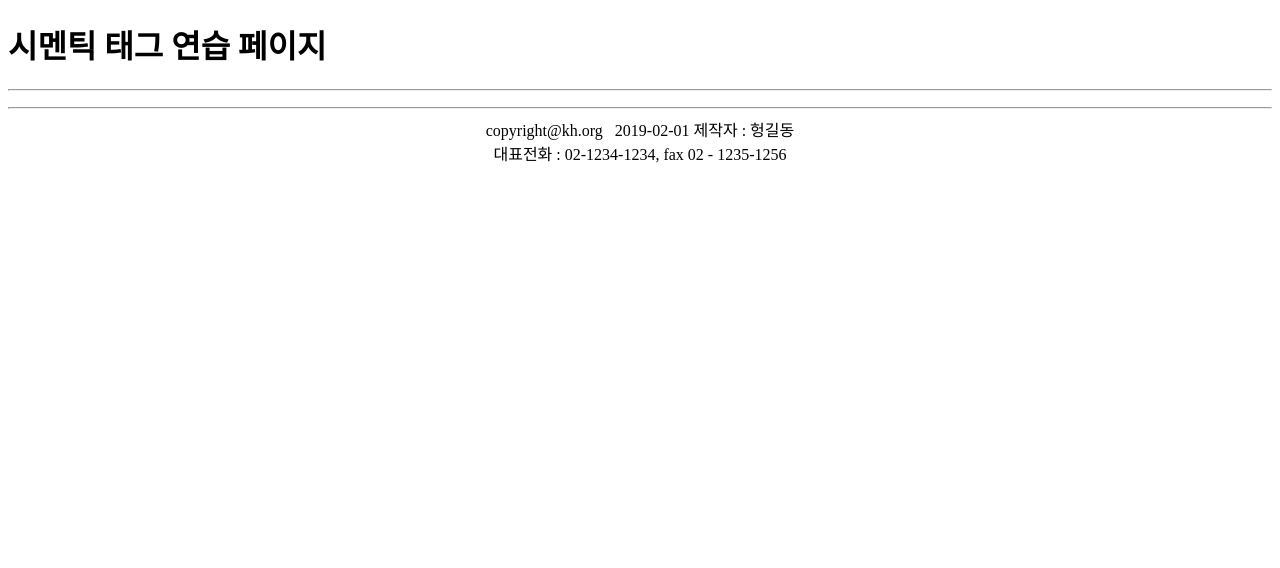
Repository: seokhoyoun/HTML_CSS
Page: html5Projects/web/views/testSimentics.html
The author's editor kept a copy of each file at every save. The page is drawn from the files as they stood at one save, then again after the next save.
The browser window is 1280 px wide. The pictures show the whole page.

Above is the page before, as saved 2019-02-01 08:20:28.

### html5Projects/web/views/testSimentics.html
<!DOCTYPE html>
<html>
<head>
<meta charset="UTF-8">
<title>Simentics</title>
</head>
<body>
<header>
<h1>시멘틱 태그 연습 페이지</h1>
</header>
<hr>
<section>

</section>
<p>
<p>
<p>
<p>
<p>
<p>
<p>
<p>
<hr>
<footer>
<center>
	copyright@kh.org &nbsp; 2019-02-01 제작자 : 헝길동<br>
	대표전화 : 02-1234-1234, fax 02 - 1235-1256
</center>
</footer>
</body>
</html>

After the next save:
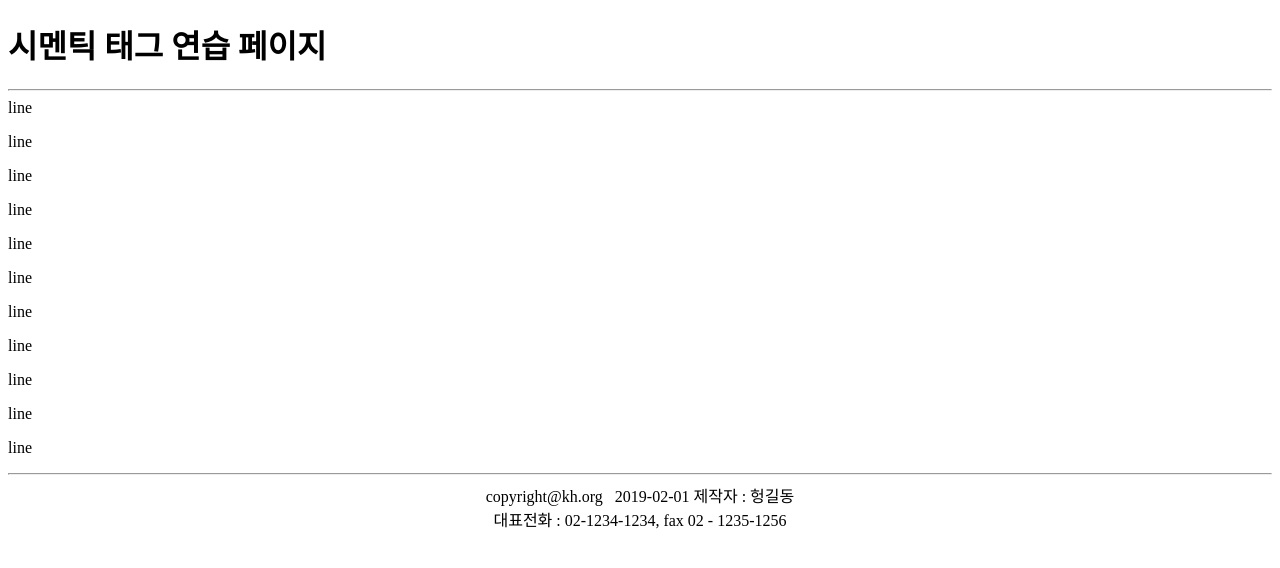
Saved 52 s later.
--- a/html5Projects/web/views/testSimentics.html
+++ b/html5Projects/web/views/testSimentics.html
@@ -12,14 +12,17 @@
 <section>
 
 </section>
-<p>
-<p>
-<p>
-<p>
-<p>
-<p>
-<p>
-<p>
+line <p/>
+line <p/>
+line <p/>
+line <p/>
+line <p/>
+line <p/>
+line <p/>
+line <p/>
+line <p/>
+line <p/>
+line <p/>
 <hr>
 <footer>
 <center>
